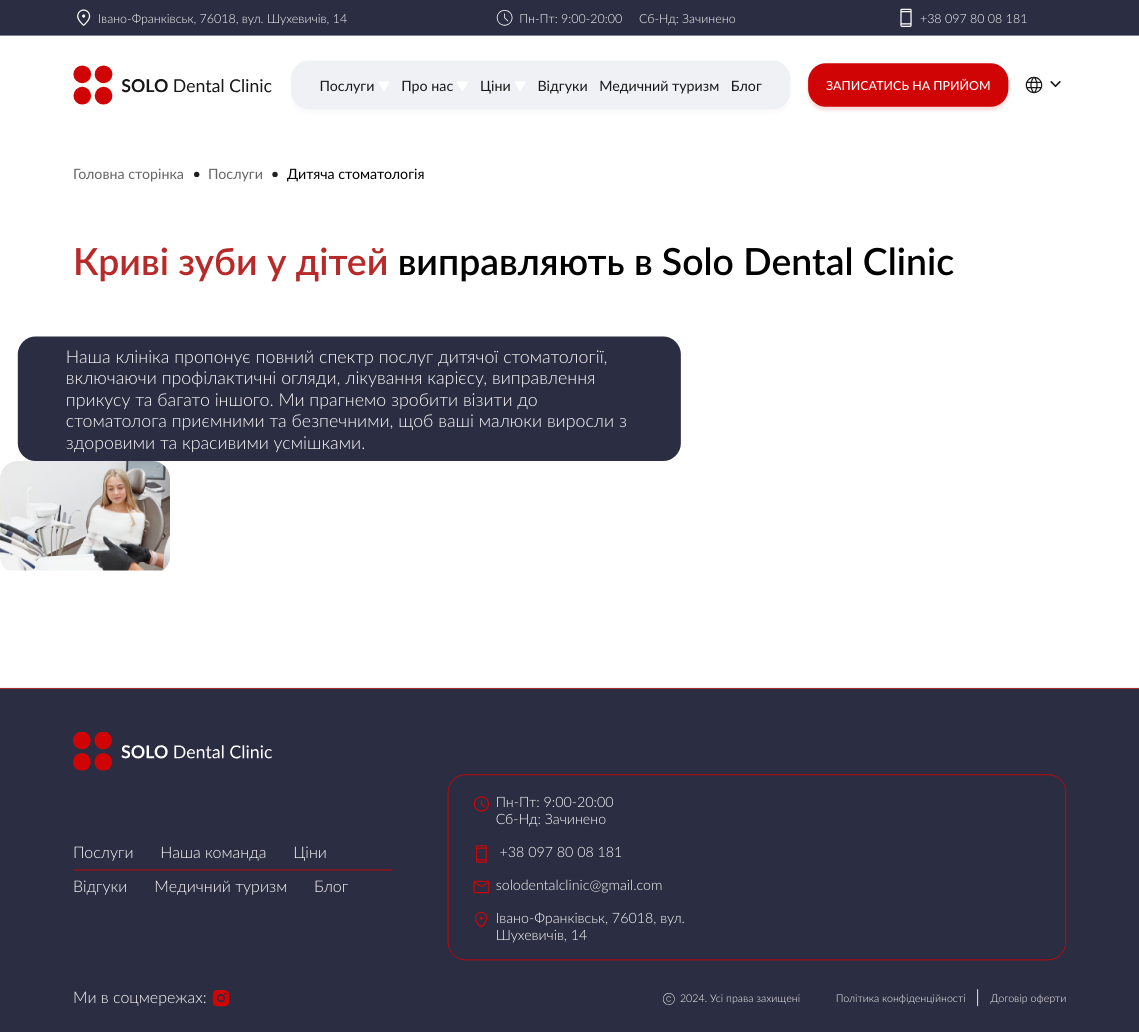
Repository: TarasDutchak/dental-clinic
Page: pediatric-dentistry.html
The author's editor kept a copy of each file at every save. The page is drawn from the files as they stood at one save, then again after the next save.
The browser window is 1280 px wide. The pictures show the whole page, at 89% of full size.
Pictures or frames that could not be fetched are drawn as grey boxes.

Above is the page before, as saved 2024-12-31 07:41:03.

After the next save:
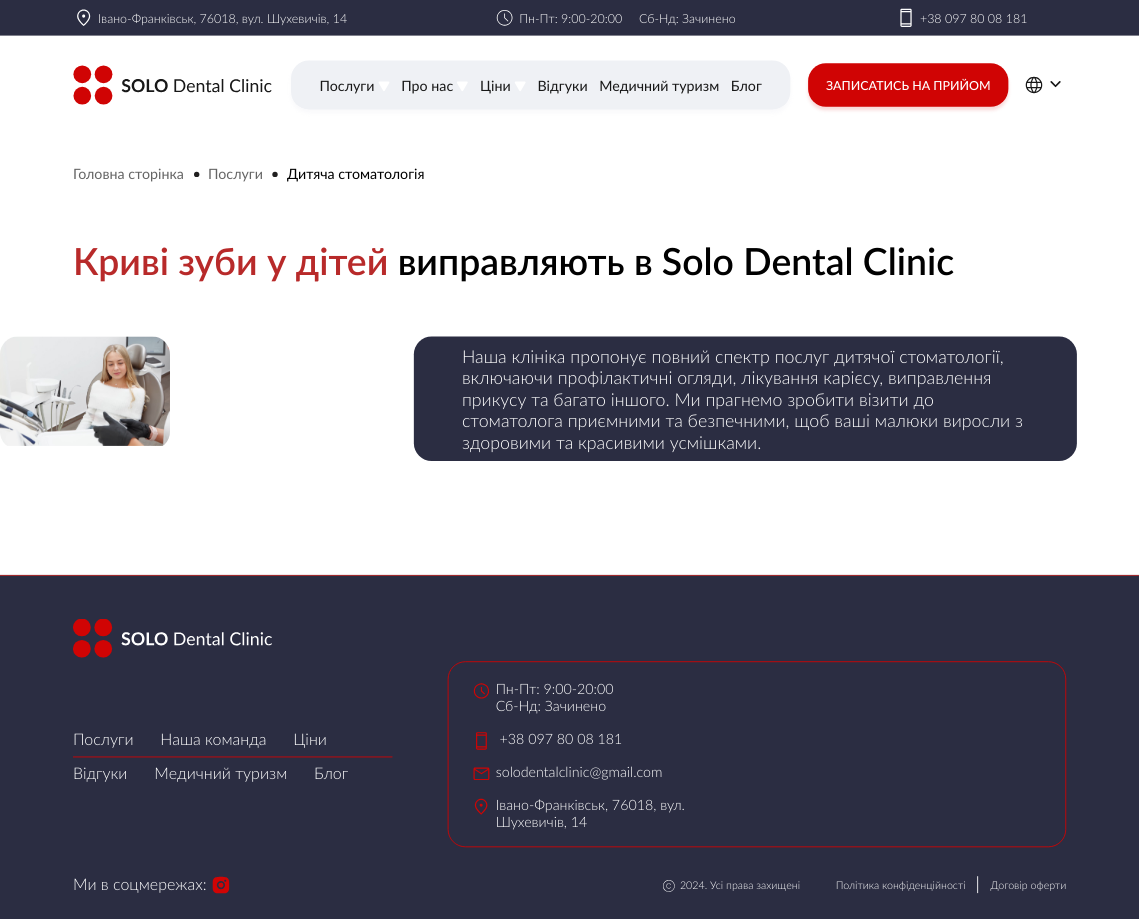
Saved 16 s later.
--- a/pediatric-dentistry.html
+++ b/pediatric-dentistry.html
@@ -170,20 +170,21 @@
             </div>
             <div class="reversesect">
                 <div class="container-r0">
-                    <div class="reversesect__left">
-                        <div class="descr">
-                            <p>
-                                Наша клініка пропонує повний спектр послуг дитячої стоматології, включаючи профілактичні
-                                огляди, лікування карієсу, виправлення прикусу та багато іншого. Ми прагнемо зробити
-                                візити до стоматолога приємними та безпечними, щоб ваші малюки виросли
-                                з здоровими та красивими усмішками.
-
-                            </p>
-                        </div>
-                    </div>
-                    <div class="reversesect__right">
-                        <div class="imgwrap">
-                            <img src="img/pediatricdentistry/2.jpg" alt="img">
+                    <div class="d-flex">
+                        <div class="reversesect__left">
+                            <div class="descr">
+                                <p>
+                                    Наша клініка пропонує повний спектр послуг дитячої стоматології, включаючи профілактичні
+                                    огляди, лікування карієсу, виправлення прикусу та багато іншого. Ми прагнемо зробити
+                                    візити до стоматолога приємними та безпечними, щоб ваші малюки виросли
+                                    з здоровими та красивими усмішками.
+                                </p>
+                            </div>
+                        </div>
+                        <div class="reversesect__right">
+                            <div class="imgwrap">
+                                <img src="img/pediatricdentistry/2.jpg" alt="img">
+                            </div>
                         </div>
                     </div>
                 </div>
